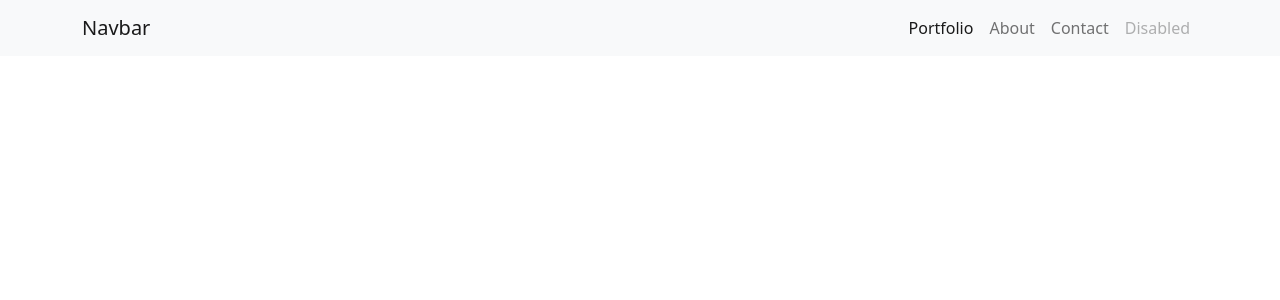
Repository: Paulinelali/try-bootstrap
Page: index.html
An editor plug-in stored every save of this project. The page is shown before and after a run of saves, followed by the edit.
The browser window is 1280 px wide. The pictures show the whole page.

Above is the page before, as saved 2023-04-13 08:50:57.

After the next 2 saves:
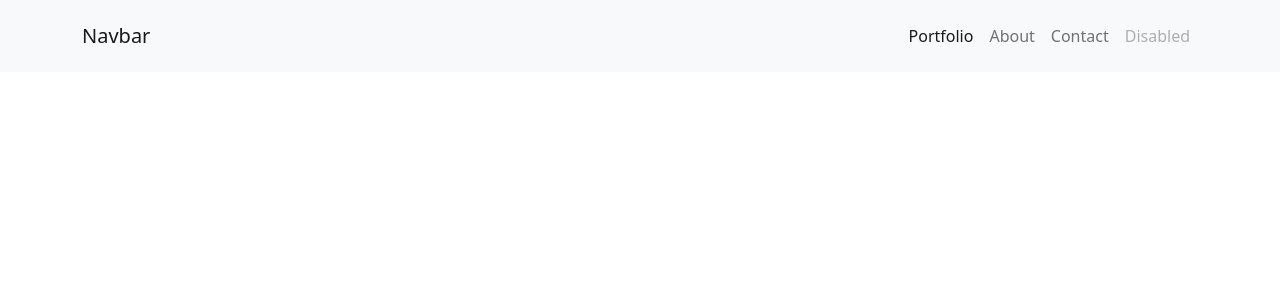
The 2 saves are shown as one change because they came seconds apart.
The last was saved 19 s later.
--- a/index.html
+++ b/index.html
@@ -12,7 +12,7 @@
   </head>
   <body>
     <header>
-      <nav class="navbar navbar-expand-lg navbar-light bg-light">
+      <nav class="navbar navbar-expand-lg navbar-light bg-light py-3">
         <div class="container d-flex justify-content-between">
           <a class="navbar-brand" href="#">Navbar</a>
           <div class="links">
